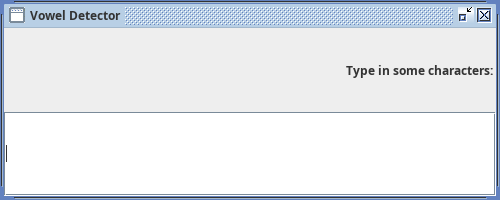
Repository: armandodollia/Java101
Program's window: java Lab5/src/isVowel.java
The author's editor kept a copy of each file at every save. The program's window is drawn from the files as they stood at one save, then again after the next save.
It runs on Java 21 on a 1366 x 768 screen with the Metal look.

Above is the program's window before, as saved 2014-10-01 17:11:22.

### Lab5/src/isVowel.java
import java.awt.Container;
import java.awt.GridLayout;

import javax.swing.JFrame;
import javax.swing.JLabel;
import javax.swing.JTextField;
import javax.swing.SwingConstants;


public class isVowel extends JFrame{
	private JLabel character;
	private JTextField charInput;
	private static final int width = 500;
	private static final int height = 200;

	public isVowel(){
		setTitle("Vowel Detector");
		character = new JLabel("Type in some characters: ", SwingConstants.RIGHT);

		Container pane = getContentPane();
		pane.setLayout(new GridLayout(2, 2));
		charInput = new JTextField(10);

		pane.add(character);
		pane.add(charInput);

		setSize(width,height);
		setVisible(true);
		setDefaultCloseOperation(EXIT_ON_CLOSE);
	}

	public static void main(String[] args) {

		isVowel window = new isVowel();


	}

}

After the next save:
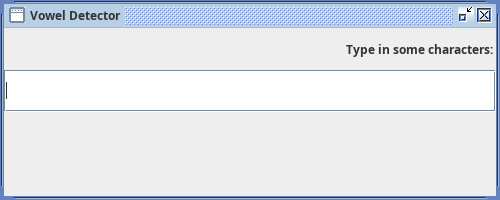
Saved 12 s later.
--- a/Lab5/src/isVowel.java
+++ b/Lab5/src/isVowel.java
@@ -18,7 +18,7 @@
 		character = new JLabel("Type in some characters: ", SwingConstants.RIGHT);
 
 		Container pane = getContentPane();
-		pane.setLayout(new GridLayout(2, 2));
+		pane.setLayout(new GridLayout(4, 2));
 		charInput = new JTextField(10);
 
 		pane.add(character);
